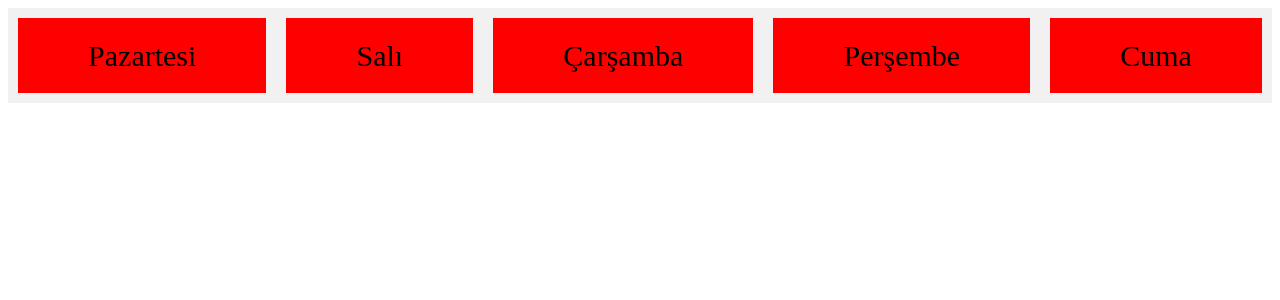
Repository: ahmetbugraozcan/css-ders-programi
Page: deneme2.html
The author's editor kept a copy of each file at every save. The page is drawn from the files as they stood at one save, then again after the next save.
The browser window is 1280 px wide. The pictures show the whole page.

Above is the page before, as saved 2021-07-10 10:33:11.

### deneme2.html
<!DOCTYPE html>
<html>
<head>
<style>
.flex-container {
  display: flex;

  background-color: #f1f1f1;
}

.flex-container>div {
    background-color: red;
    flex-grow: 1;
  margin: 10px;
  text-align: center;
  line-height: 75px;
  font-size: 30px;
}
</style>
</head>
<body>

<div class="flex-container">
  <div >Pazartesi</div>
  <div >Salı</div>
  <div >Çarşamba</div>
  <div >Perşembe</div>
  <div >Cuma</div>
</div>

</body>
</html>

After the next save:
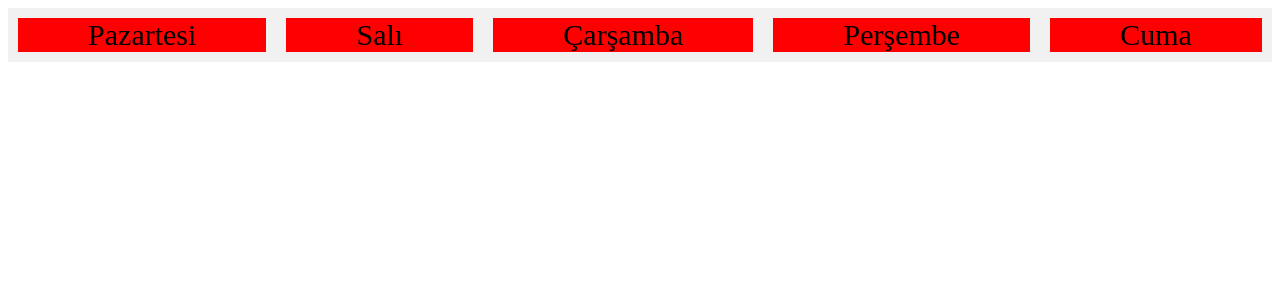
Saved 20 s later.
--- a/deneme2.html
+++ b/deneme2.html
@@ -13,7 +13,6 @@
     flex-grow: 1;
   margin: 10px;
   text-align: center;
-  line-height: 75px;
   font-size: 30px;
 }
 </style>
